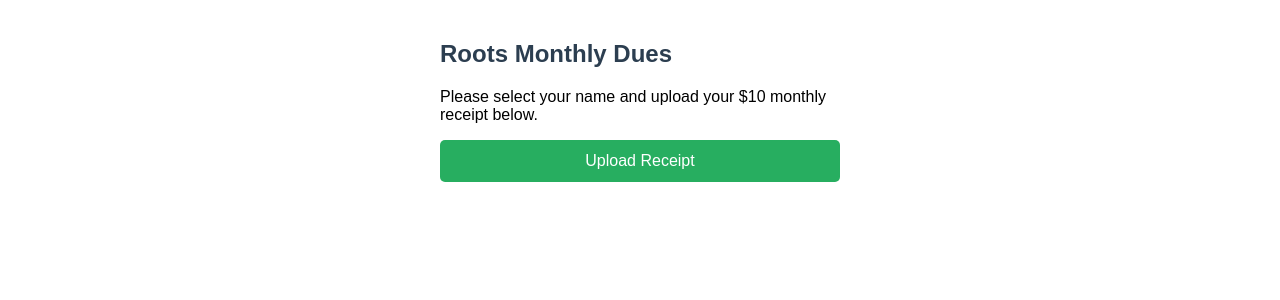
Repository: Tsungie/roots-tracker
Page: tracker/templates/tracker/upload.html
An editor plug-in stored every save of this project. The page is shown before and after the next save, followed by the edit.
The browser window is 1280 px wide. The pictures show the whole page.
The template is drawn by Django 5.2. The application's start-up code is not run. Other server files are loaded and not shown. The template is opened directly, without the code that normally fills it, so the values that code supplies are empty.

Above is the page before, as saved 2026-03-20 11:48:24.

### tracker/templates/tracker/upload.html
<!doctype html>
<html lang="en">
  <head>
    <meta charset="UTF-8" />
    <meta name="viewport" content="width=device-width, initial-scale=1.0" />
    <title>Roots - Receipt Upload</title>
  </head>
  <body
    style="
      font-family: Arial, sans-serif;
      max-width: 400px;
      margin: 0 auto;
      padding: 20px;
    "
  >


    <h2 style="color: #2c3e50">Roots Monthly Dues</h2>
    <p>Please select your name and upload your $10 monthly receipt below.</p>

    <form method="POST" enctype="multipart/form-data">
      {% csrf_token %} {{ form.as_p }}

      <button
        type="submit"
        style="
          background-color: #27ae60;
          color: white;
          padding: 12px 20px;
          border: none;
          border-radius: 5px;
          width: 100%;
          font-size: 16px;
        "
      >
        Upload Receipt
      </button>
    </form>
  </body>
</html>

After the next save:
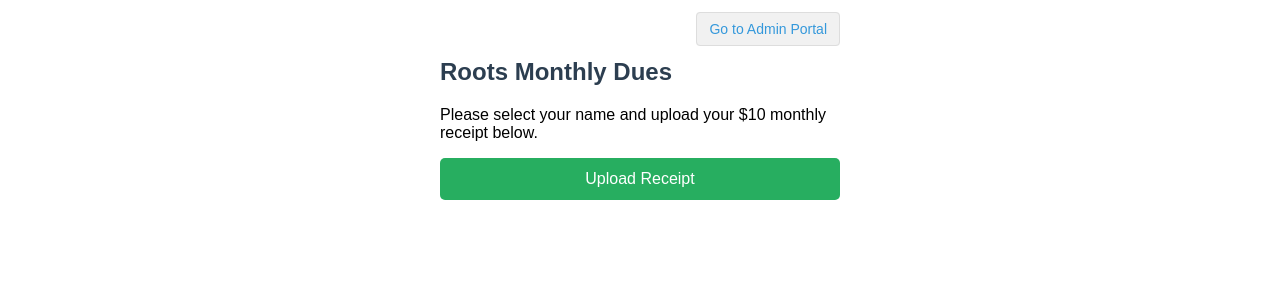
Saved 19 s later.
--- a/tracker/templates/tracker/upload.html
+++ b/tracker/templates/tracker/upload.html
@@ -5,15 +5,13 @@
     <meta name="viewport" content="width=device-width, initial-scale=1.0" />
     <title>Roots - Receipt Upload</title>
   </head>
-  <body
-    style="
-      font-family: Arial, sans-serif;
-      max-width: 400px;
-      margin: 0 auto;
-      padding: 20px;
-    "
-  >
+ <body style="font-family: Arial, sans-serif; max-width: 400px; margin: 0 auto; padding: 20px;">
 
+    <div style="text-align: right; margin-bottom: 15px;">
+        <a href="/admin" style="color: #3498db; text-decoration: none; font-size: 14px; background-color: #f1f1f1; padding: 8px 12px; border-radius: 4px; border: 1px solid #ddd;">
+            Go to Admin Portal
+        </a>
+    </div>
 
     <h2 style="color: #2c3e50">Roots Monthly Dues</h2>
     <p>Please select your name and upload your $10 monthly receipt below.</p>
